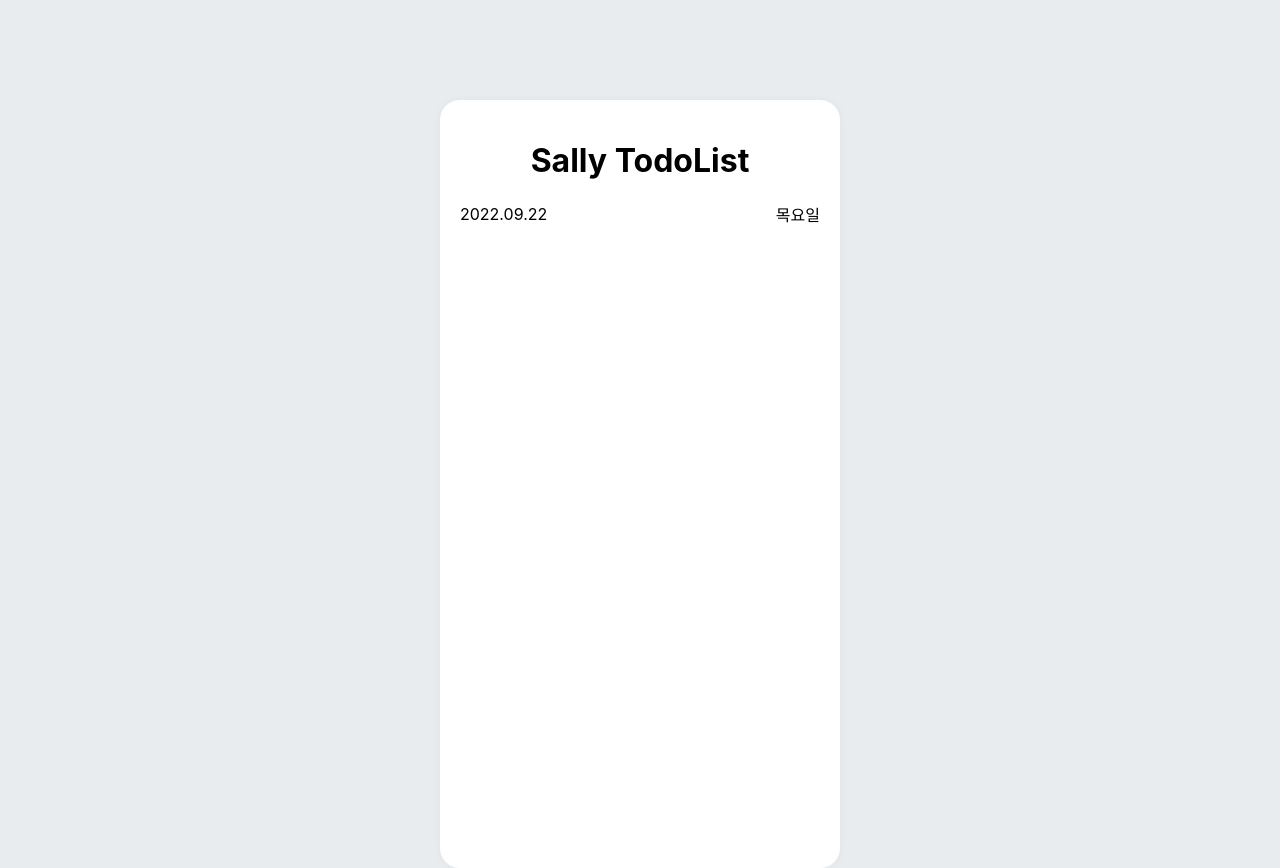
Repository: kwak0630/react-todo
Page: /
An editor plug-in stored every save of this project. The page is shown before and after a run of saves, followed by the edit.
The browser window is 1280 px wide. The pictures show the whole page.
The project was rebuilt for these pictures with package versions that can differ from the ones it lists, and the page was loaded fresh each time.

Above is the page before, as saved 2022-09-22 15:05:29.

After the next 2 saves:
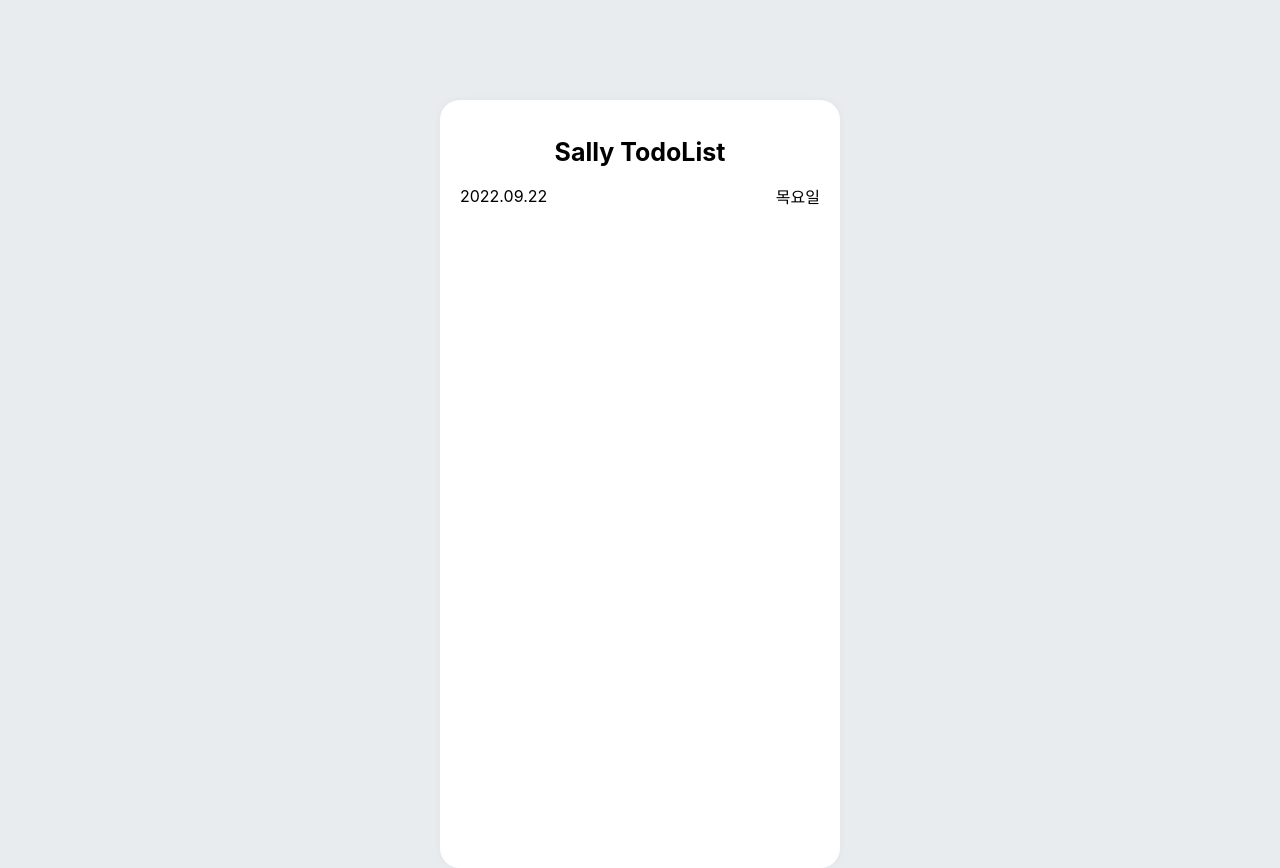
The 2 saves are shown as one change because they came seconds apart.
The last was saved 14 s later.
--- a/src/components/TodoHeader.js
+++ b/src/components/TodoHeader.js
@@ -3,6 +3,9 @@
 
 const TodoHeaderBlock = styled.div`
     text-align: center;
+    h1{
+        font-size: 25px;
+    }
     .header-box{
         display: flex;
         justify-content: space-between;
